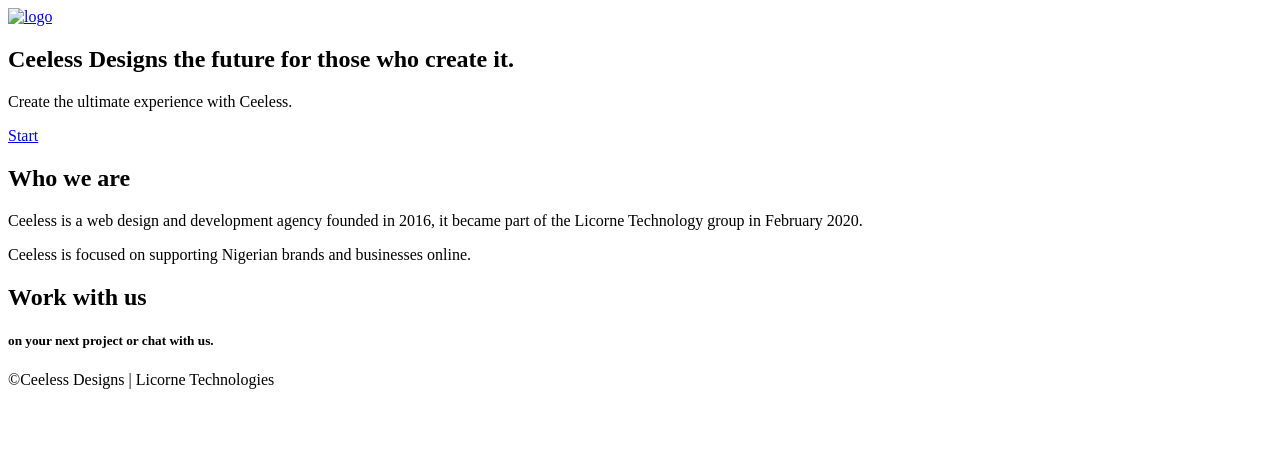
Repository: Licorne-Technologies/Ceeless-v2
Page: index.html
The author's editor kept a copy of each file at every save. The page is drawn from the files as they stood at one save, then again after the next save.
The browser window is 1280 px wide. The pictures show the whole page.

Above is the page before, as saved 2020-06-15 11:26:11.

After the next save:
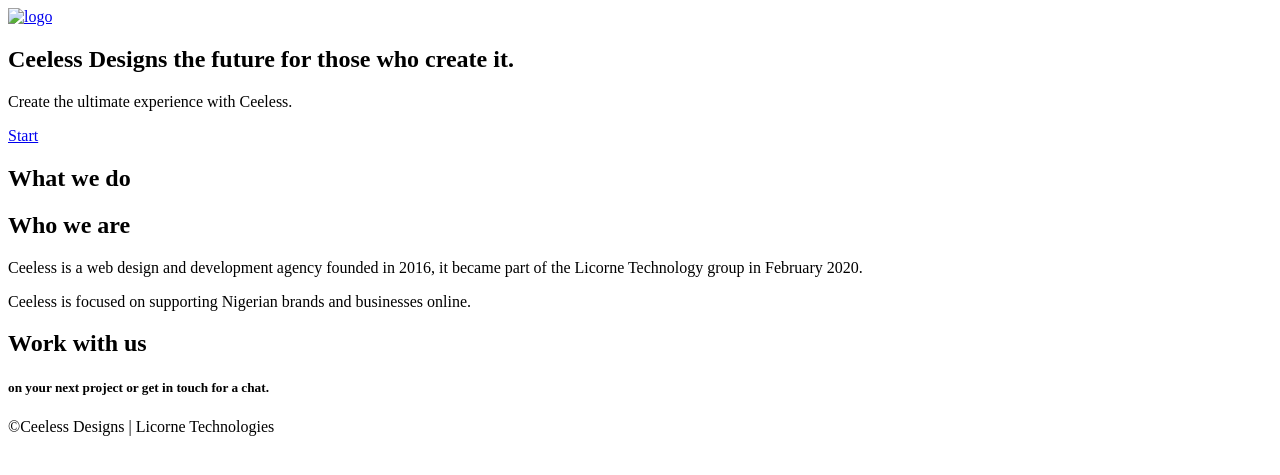
Saved 64 s later.
--- a/index.html
+++ b/index.html
@@ -46,6 +46,7 @@
                 <!--Portfolio Gallery-->
             </div>
             <div class="col">
+                <h2 class="title">What we do</h2>
                 <!--What we do Progress bar-->
             </div>
         </div>
@@ -68,7 +69,7 @@
         <div class="row">
             <div class="col">
                 <h2 class="title">Work with us</h2>
-                <h5>on your next project or chat with us.</h5>
+                <h5>on your next project or get in touch for a chat.</h5>
             </div>
             <div class="col">
                 <!--form-->
